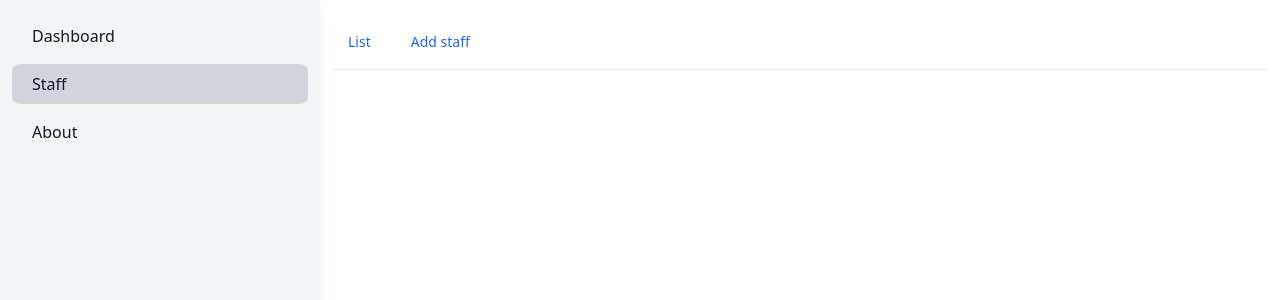
Repository: daohuyhoang9119/React-Router-6.4--Practice
Page: /staff
An editor plug-in stored every save of this project. The page is shown before and after the next save, followed by the edit.
The browser window is 1280 px wide. The pictures show the whole page.
The project was rebuilt for these pictures with package versions that can differ from the ones it lists, and the page was loaded fresh each time. Also part of the build but not shown: src/components/AddStaff/AddStaff.tsx, src/components/StaffList/StaffList.tsx, src/pages/404/Page404.tsx, src/pages/About/About.tsx, src/pages/Dashboard/Dashboard.tsx, src/components/StaffItem/StaffItem.tsx.

Above is the page before, as saved 2022-11-07 23:26:35.

### src/App.tsx
import AddStaff from 'components/AddStaff'
import StaffList from 'components/StaffList'
import MainLayout from 'layouts/MainLayout'
import Page404 from 'pages/404'
import About from 'pages/About'
import Dashboard from 'pages/Dashboard'
import Staff from 'pages/Staff'
import { Route, Routes } from 'react-router-dom'
import StaffItem from './components/StaffItem/StaffItem'

function App() {
  return (
    <div className='App'>
      <MainLayout>
        <Routes>
          <Route path='/' element={<Dashboard />} />
          <Route path='/about' element={<About />} />
          <Route path='/staff' element={<Staff />} />
          <Route path='/staff/:id' element={<StaffItem />} />
          <Route path='/staff/add' element={<AddStaff />} />
          <Route path='/staff/list' element={<StaffList />} />
          <Route path='*' element={<Page404 />}></Route>
        </Routes>
      </MainLayout>
    </div>
  )
}

export default App

### src/components/AddStaff/index.ts
import AddStaff from './AddStaff'

export default AddStaff

### src/components/StaffList/index.tsx
import StaffList from './StaffList'

export default StaffList

### src/pages/404/index.ts
import Page404 from './Page404'

export default Page404

### src/pages/Staff/index.ts
import Staff from './Staff'

export default Staff

### src/layouts/MainLayout/MainLayout.tsx
import React from 'react'
import { Route, Link, NavLink } from 'react-router-dom'

interface Props {
  children?: React.ReactNode
}
export default function MainLayout({ children }: Props) {
  return (
    <div className='grid min-h-screen grid-cols-4'>
      <aside className='col-span-1' aria-label='Sidebar'>
        <div className='h-full overflow-y-auto bg-gray-100 py-4 px-3 shadow-lg'>
          <ul className='space-y-2'>
            <li>
              <NavLink
                to='/'
                end
                // className='flex items-center rounded-lg bg-gray-300 p-2 text-base font-normal text-gray-900 hover:bg-gray-300'
                className={({ isActive }) => {
                  const activeClass = isActive ? 'bg-gray-300 font-bold' : ''
                  return `flex items-center rounded-lg ${activeClass} p-2 text-base font-normal text-gray-900 hover:bg-gray-300`
                }}
              >
                <span className='ml-3'>Dashboard</span>
              </NavLink>
            </li>
            <li>
              <NavLink
                to='/staff'
                className={({ isActive }) => {
                  const activeClass = isActive ? 'bg-gray-300 font-bold' : ''
                  return `flex items-center rounded-lg ${activeClass} p-2 text-base font-normal text-gray-900 hover:bg-gray-300`
                }}
              >
                <span className='ml-3'>Staff</span>
              </NavLink>
            </li>
            <li>
              <NavLink
                to='/about'
                className={({ isActive }) => {
                  const activeClass = isActive ? 'bg-gray-300 font-bold' : ''
                  return `flex items-center rounded-lg ${activeClass} p-2 text-base font-normal text-gray-900 hover:bg-gray-300`
                }}
              >
                <span className='ml-3'>About</span>
              </NavLink>
            </li>
          </ul>
        </div>
      </aside>
      <main className='col-span-3 h-full py-4 px-3'>{children}</main>
    </div>
  )
}

### src/pages/Staff/Staff.tsx
import AddStaff from 'components/AddStaff'
import StaffList from 'components/StaffList'
import { Link, NavLink } from 'react-router-dom'
export default function Staff() {
  return (
    <div>
      <div className='border-b border-gray-200 text-center text-sm font-medium text-gray-500  '>
        <ul className='-mb-px flex flex-wrap'>
          <li className='mr-2'>
            <NavLink
              to='/staff/list'
              className={(isActive) => {
                const activeColor = 'border-blue-600 text-blue-600'
                const activeted = isActive ? activeColor : ''
                return `inline-block rounded-t-lg border-b-2 ${activeted} border-transparent p-4 `
              }}
            >
              List
            </NavLink>
          </li>
          <li className='mr-2'>
            <NavLink
              to='/staff/add'
              className={(isActive) => {
                const activeColor = 'border-blue-600 text-blue-600'
                const activeted = isActive ? activeColor : ''
                return `inline-block rounded-t-lg border-b-2 ${activeted} border-transparent p-4 `
              }}
              aria-current='page'
            >
              Add staff
            </NavLink>
          </li>
        </ul>
      </div>

      {/* <StaffList /> */}
      {/* <Link to='/staff/add' className='font-medium text-blue-600 hover:underline dark:text-blue-500'>
        Add staff
      </Link> */}

      {/* <AddStaff /> */}
    </div>
  )
}

Loaded but not shown: public/index.html (common file); src/index.tsx (common file); src/index.css (common file); src/reportWebVitals.ts (common file); src/layouts/MainLayout/index.ts (common file); src/pages/About/index.ts (common file); src/pages/Dashboard/index.ts (common file); tailwind.config.js (common file)

After the next save:
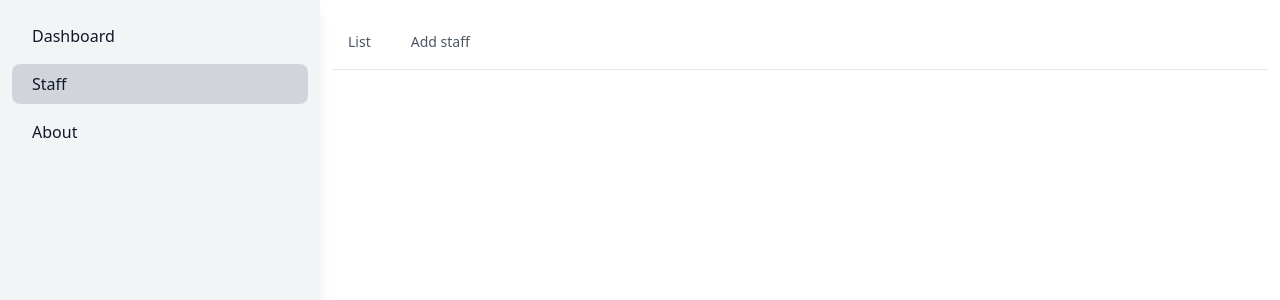
Saved 59 s later.
--- a/src/pages/Staff/Staff.tsx
+++ b/src/pages/Staff/Staff.tsx
@@ -10,9 +10,9 @@ export default function Staff() {
             <NavLink
               to='/staff/list'
               className={(isActive) => {
-                const activeColor = 'border-blue-600 text-blue-600'
+                const activeColor = 'border-gray-300 text-gray-600'
                 const activeted = isActive ? activeColor : ''
-                return `inline-block rounded-t-lg border-b-2 ${activeted} border-transparent p-4 `
+                return `inline-block rounded-t-lg border-b-2 ${activeted} border-transparent p-4 hover:border-blue-600 hover:text-blue-600`
               }}
             >
               List
@@ -22,9 +22,9 @@ export default function Staff() {
             <NavLink
               to='/staff/add'
               className={(isActive) => {
-                const activeColor = 'border-blue-600 text-blue-600'
+                const activeColor = 'border-gray-300 text-gray-600'
                 const activeted = isActive ? activeColor : ''
-                return `inline-block rounded-t-lg border-b-2 ${activeted} border-transparent p-4 `
+                return `inline-block rounded-t-lg border-b-2 ${activeted} border-transparent p-4 hover:border-blue-600 hover:text-blue-600`
               }}
               aria-current='page'
             >
